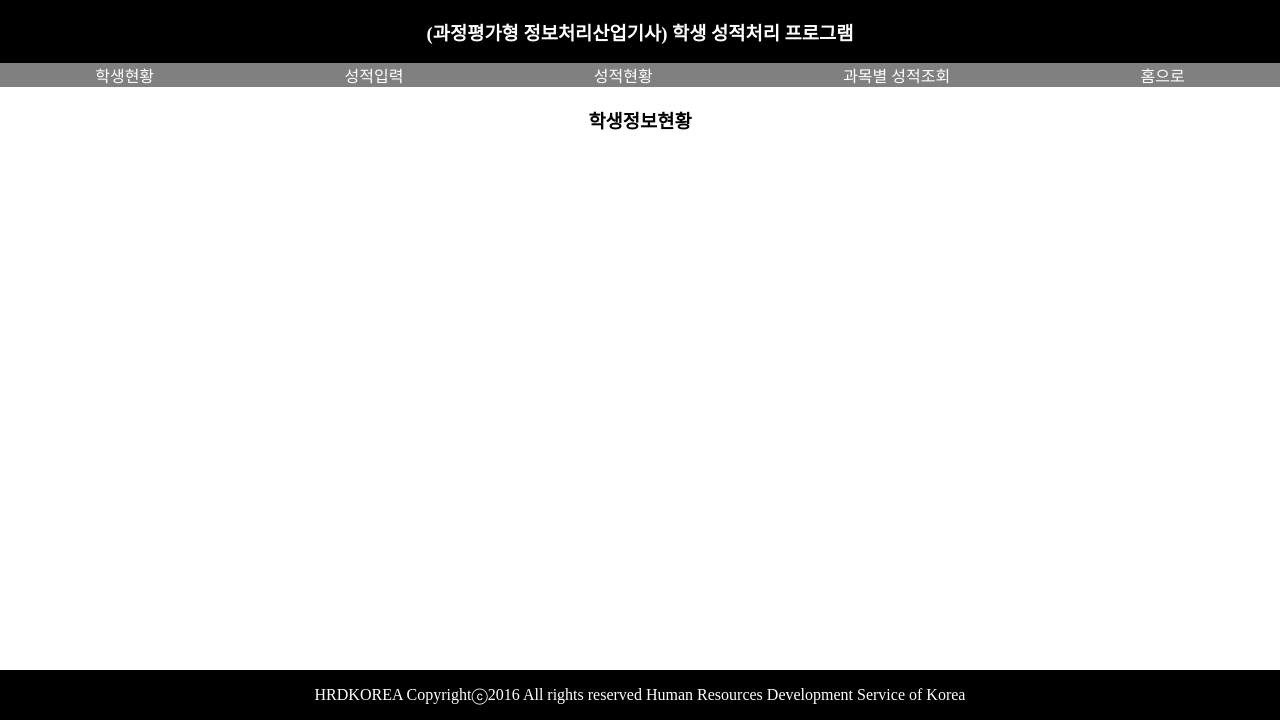
Repository: junjuny0227/jsp
Page: http://localhost/HRD_02/sub4.jsp
An editor plug-in stored every save of this project. The page is shown before and after the next save, followed by the edit.
The browser window is 1280 px wide. The pictures show the whole page.
The page is served by Tomcat 9. Other server files are loaded and not shown.

Above is the page before, as saved 2025-05-09 05:04:56.

### HRD_02/src/main/webapp/sub4.jsp
<%@ page language="java" contentType="text/html; charset=UTF-8" pageEncoding="UTF-8"%>
<!DOCTYPE html>
<html>
  <head>
    <meta charset="UTF-8" />
    <title>sub4</title>
  </head>
  <body
    style="
      margin: 0;
      padding: 0;
      border: 0;
      font-size: 100%;
      font: inherit;
      vertical-align: baseline;
    "
  >
    <jsp:include page="header.jsp"></jsp:include>
    <jsp:include page="nav.jsp"></jsp:include>

    <section
      style="display: flex; flex-direction: column; align-items: center"
    >
      <h3>학생정보현황</h3>

    </section>

    <jsp:include page="footer.jsp"></jsp:include>
  </body>
</html>

### HRD_02/src/main/webapp/header.jsp
<%@ page language="java" contentType="text/html; charset=UTF-8"
pageEncoding="UTF-8"%>
<!DOCTYPE html>
<html>
  <head>
    <meta charset="UTF-8" />
    <title>header</title>
  </head>
  <body>
    <header style="background-color: black; width: 100%">
      <h3 style="margin: 0; padding: 18px 0; text-align: center; color: white">
        (과정평가형 정보처리산업기사) 학생 성적처리 프로그램
      </h3>
    </header>
  </body>
</html>

### HRD_02/src/main/webapp/nav.jsp
<%@ page language="java" contentType="text/html; charset=UTF-8"
pageEncoding="UTF-8"%>
<!DOCTYPE html>
<html>
  <head>
    <meta charset="UTF-8" />
    <title>nav</title>
  </head>
  <body>
    <nav
      style="
        background-color: gray;
        display: flex;
        justify-content: space-around;
      "
    >
      <a href="sub1.jsp" style="text-decoration: none; color: white"
        >학생현황</a
      >
      <a href="sub2.jsp" style="text-decoration: none; color: white"
        >성적입력</a
      >
      <a href="sub3.jsp" style="text-decoration: none; color: white"
        >성적현황</a
      >
      <a href="sub4.jsp" style="text-decoration: none; color: white"
        >과목별 성적조회</a
      >
      <a href="index.jsp" style="text-decoration: none; color: white">홈으로</a>
    </nav>
  </body>
</html>

### HRD_02/src/main/webapp/footer.jsp
<%@ page language="java" contentType="text/html; charset=UTF-8"
pageEncoding="UTF-8"%>
<!DOCTYPE html>
<html>
  <head>
    <meta charset="UTF-8" />
    <title>footer</title>
  </head>
  <body>
    <footer
      style="
        background-color: black;
        position: fixed;
        left: 0;
        bottom: 0;
        width: 100%;
      "
    >
      <p style="text-align: center; color: white">
        HRDKOREA Copyrightⓒ2016 All rights reserved Human Resources Development
        Service of Korea
      </p>
    </footer>
  </body>
</html>

After the next save:
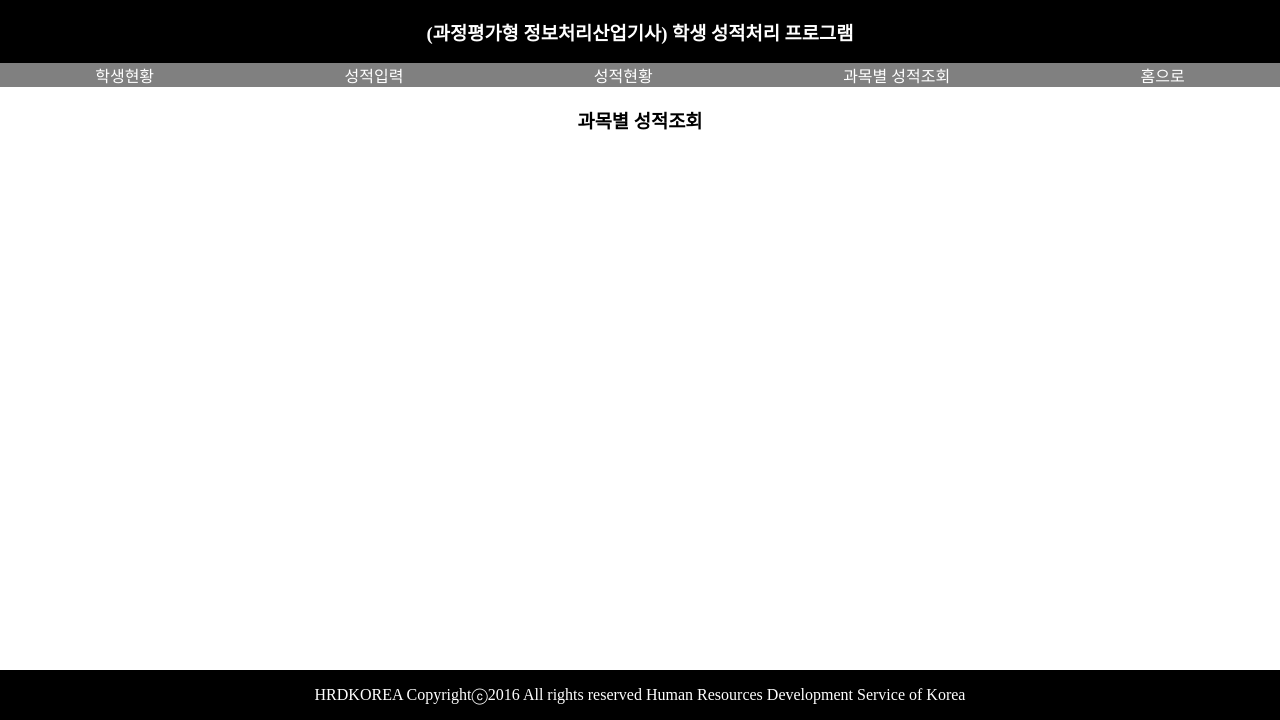
Saved 79 s later.
--- a/HRD_02/src/main/webapp/sub4.jsp
+++ b/HRD_02/src/main/webapp/sub4.jsp
@@ -21,8 +21,8 @@
     <section
       style="display: flex; flex-direction: column; align-items: center"
     >
-      <h3>학생정보현황</h3>
-
+      <h3>과목별 성적조회</h3>
+      <form action="sub4Action.jsp" method="get"></form>
     </section>
 
     <jsp:include page="footer.jsp"></jsp:include>
